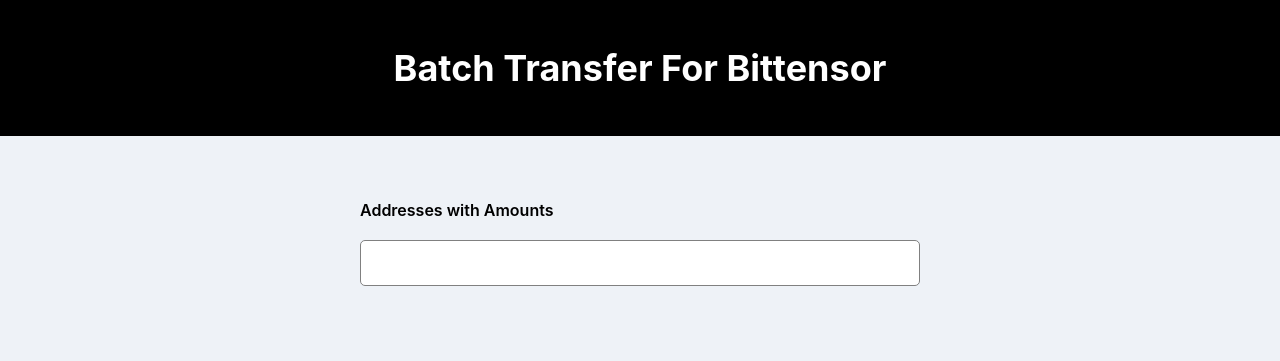
Repository: Dawid-Ace/batch_transfer_tao_master_ui
Page: /
An editor plug-in stored every save of this project. The page is shown before and after the next save, followed by the edit.
The browser window is 1280 px wide. The pictures show the whole page.
The project was rebuilt for these pictures with package versions that can differ from the ones it lists, and the page was loaded fresh each time.

Above is the page before, as saved 2023-05-10 03:35:52.

### src/App.js
import './App.css';
import { TransferForm } from './components/TransferForm';

function App() {
  return (
    <div className="app-container">
      <div className="header-container">
        Batch Transfer For Bittensor
      </div>

      <div className="main-container">
        <TransferForm />
      </div>
    </div>
  );
}

export default App;

### src/App.css
.app-container {
	display: flex;
	flex-direction: column;
	position: relative;
	width: 100%;
	height: 100vh;
}

.header-container {
	display: flex;
	justify-content: center;
	align-items: center;
	padding-top: 46px;
	padding-bottom: 46px;
	background-color: black;
	font-size: 36px;
	color: white;
	font-weight: 700;
}

.main-container {
	display: flex;
	justify-content: center;
	padding-top: 46px;
	background-color: rgb(238, 242, 247);
	height: 100%;
}

### src/components/TransferForm/index.jsx
import React, { useEffect, useState } from "react";
import styled from 'styled-components';
import DataTable from 'react-data-table-component';

const columns = [
  {
    name: 'Title',
    selector: row => row.title,
  },
  {
    name: 'Year',
    selector: row => row.year,
  },
];
const data = [
  {
    id: 1,
    title: 'Beetlejuice',
    year: '1988',
  },
  {
    id: 2,
    title: 'Ghostbusters',
    year: '1984',
  },
]
export const TransferForm = () => {
  /*
  const fetchUserBalance = async address => {
    const res = await api.query.system.account(address);
    if (res.isEmpty) return 0;
    const { data } = res.toJSON();
    return data.free / UNIT;
  };

  const fetchAndSetUserBalance = async () => {
    const _balance = await fetchUserBalance(currentAccount.address);
    setBalance(_balance);
  };

  const getFromAccount = async () => {
    const {
      address,
      meta: { source, isInjected }
    } = currentAccount;

    if (!isInjected) {
      return [currentAccount];
    }

    // currentAccount is injected from polkadot-JS extension, need to return the addr and signer object.
    // ref: https://polkadot.js.org/docs/extension/cookbook#sign-and-send-a-transaction
    const injector = await web3FromSource(source);
    return [address, { signer: injector.signer }];
  };

  const txResHandler = ({ status }) => {
    setTxStatus({
      visible: true,
      ...(status.isFinalized
        ? { type: 'success', message: 'Success' }
        : { type: 'info', message: `Current transaction status: ${status.type}` })
    });
    if (status.isFinalized) fetchInfo();
  };

  const txErrHandler = err => {
    setTxStatus({ visible: true, type: 'error', message: `😞 Transaction Failed: ${err.toString()}` });
  };

  const submitTx = async tx => {
    setPending(true);
    const fromAccount = await getFromAccount();
    tx.signAndSend(...fromAccount, txResHandler)
      .catch(txErrHandler)
      .finally(() => setPending(false));
  };

  const onUnstake = () => {
    submitTx(api.tx.subtensorModule.removeStake(HOTKEY, Math.floor(amount * UNIT)));
  };
  */

  const FormLabel = styled.p`
    color: black;
    font-weight: 600;
    font-size: 16px;
    line-height: 160%;
  `;

  const FormWrapper = styled.form`
    max-width: 560px;
    min-width: 560px;
    display: flex;
    flex-direction: column;
  `;

  const FormInput = styled.div`
    border: solid 1px gray;
    border-radius: 5px;
    padding: 12px;
    background-color: white

  `

  return (
    <FormWrapper>
      <FormLabel>
        Addresses with Amounts
      </FormLabel>

      <FormInput contentEditable />

    </FormWrapper>
  )
}

Loaded but not shown: public/index.html (common file); src/index.js (common file); src/index.css (common file); src/reportWebVitals.js (common file)

After the next save:
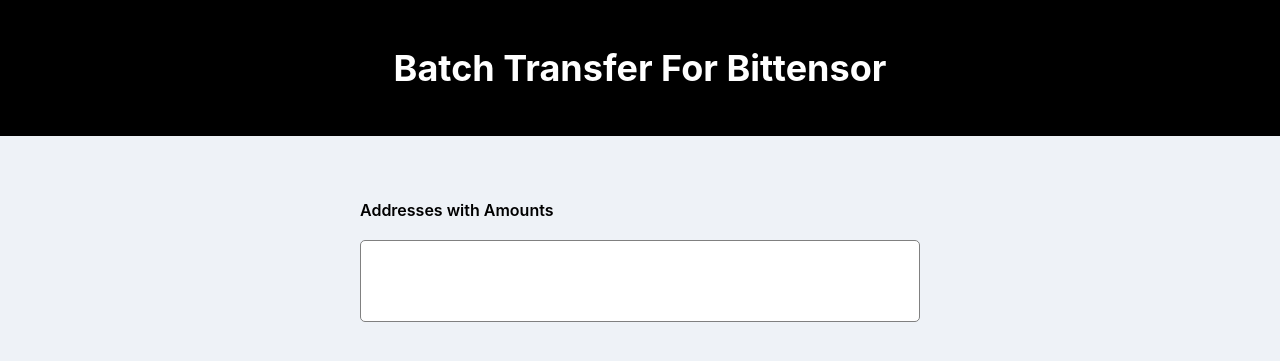
Saved 8 s later.
--- a/src/components/TransferForm/index.jsx
+++ b/src/components/TransferForm/index.jsx
@@ -98,7 +98,7 @@
   const FormInput = styled.div`
     border: solid 1px gray;
     border-radius: 5px;
-    padding: 12px;
+    padding: 30px;
     background-color: white
 
   `
